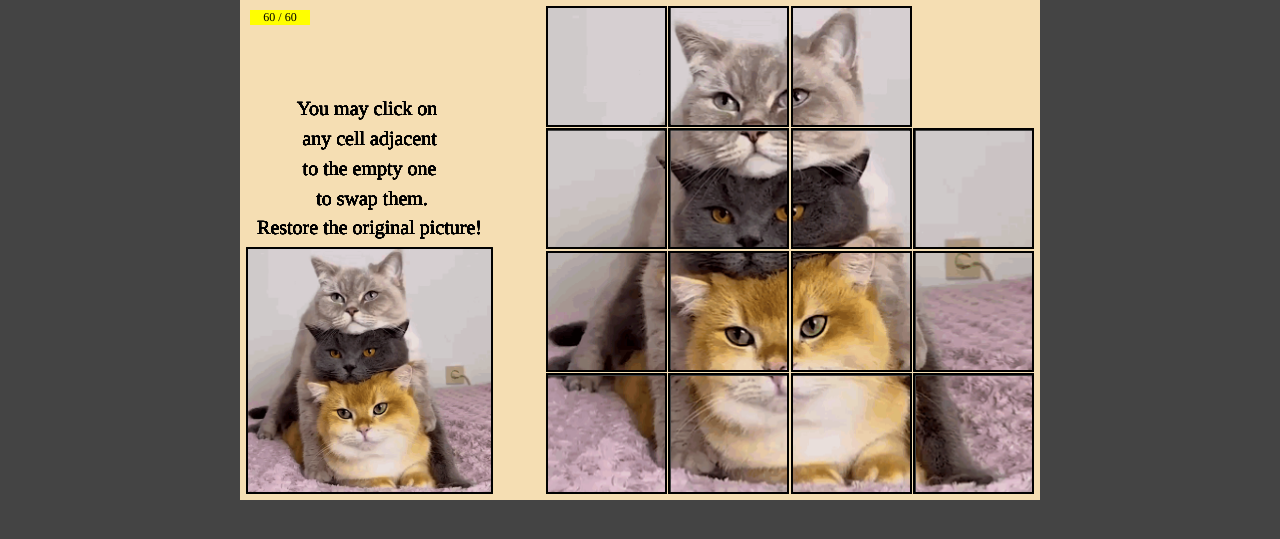
Repository: StevenZsombo/games
Page: docs/index.html
The author's editor kept a copy of each file at every save. The page is drawn from the files as they stood at one save, then again after the next save.
The browser window is 1280 px wide. The pictures show the whole page.

Above is the page before, as saved 2025-07-02 20:38:02.

After the next save:
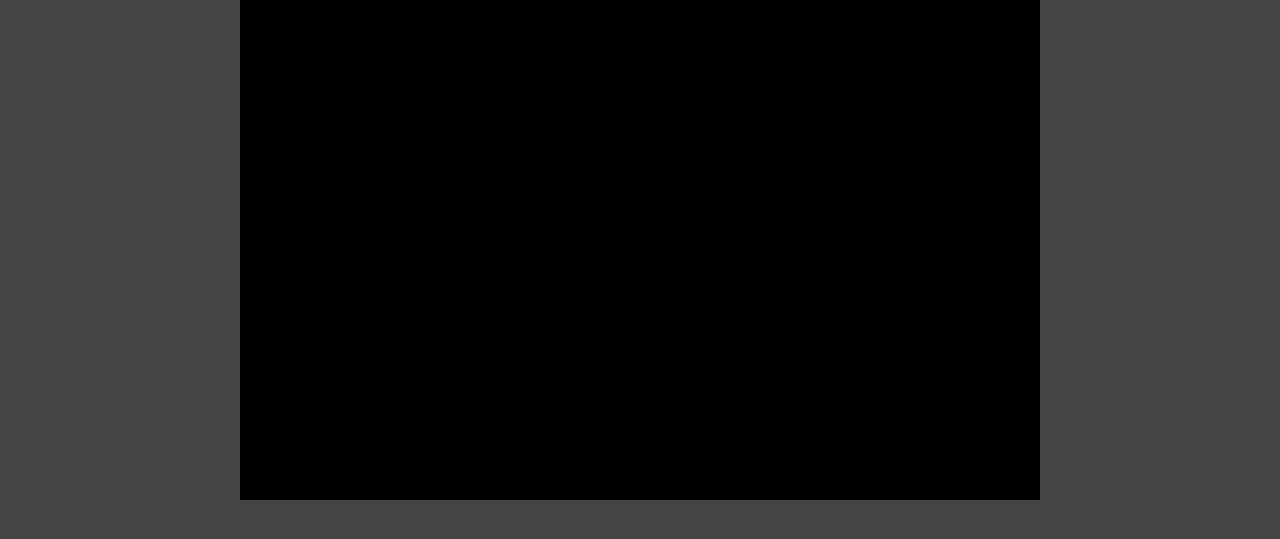
Console error: SyntaxError: Unexpected token '!'
Saved 5 min 15 s later.
--- a/docs/template.js
+++ b/docs/template.js
@@ -245,7 +245,6 @@
         this.empty.transparent = true
         this.victory = () => {
             if (this.buts.every(x => String(x.tag) == String(x.origTag))) {
-                this.clickables.forEach(x => x.interactable = false)
                 this.guidetxt.txt = "Congratulations!!!"
                 //this.guidetxt.fontsize = 28
                 const newanims = []
@@ -255,11 +254,12 @@
                     newanims.push(new Anim(this.guidetxt, 500, "step", { varName: "rad", startVal: 0, endVal: TWOPI }))
                 }
                 )
-                //newanims.at(-1).on_end = () => { this.clickables.forEach(x => x.interactable = true) }
+                const vic = this.victory
+                newanims.at(-1).on_end = () => { this.victory = vic }
                 this.animator.add_sequence(
                     newanims
                 )
-
+                this.victory = () => { }
             }
         }
         this.swap = (bu, bw, animate = stgs.clickAnimationSpeed, dontCheck = false) => {
@@ -425,7 +425,10 @@
     ///                                               UPDATE                                                         ///
     /// start update_more:::::::::::::::::::::::::::::::::::::::::::::::::::::::::::::::::::::::::::::::::::::::::::::::
     update_more(dt) {
-
+        const contr = "w a s d".split(" ").find(x => this.keyboarder.pressed[x])
+        if (contr !) {
+
+        }
 
 
 

After the save that followed:
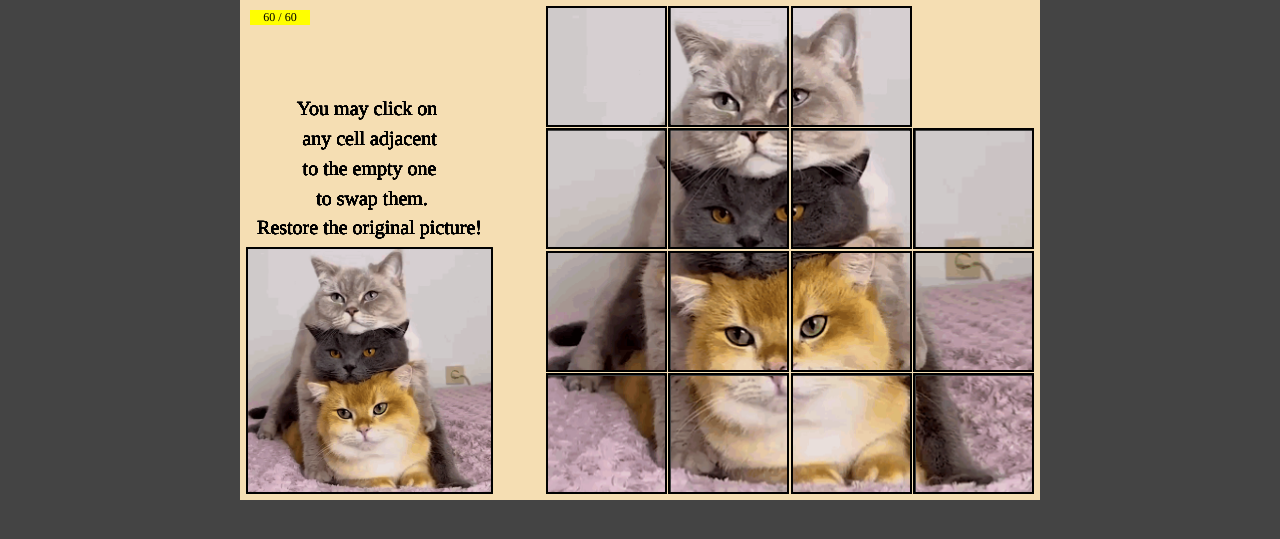
The error is gone.
Saved 10 min 1 s later.
--- a/docs/template.js
+++ b/docs/template.js
@@ -248,7 +248,7 @@
                 this.guidetxt.txt = "Congratulations!!!"
                 //this.guidetxt.fontsize = 28
                 const newanims = []
-                MM.forr(5, x => {
+                MM.forr(3, x => {
                     newanims.push(new Anim(this.guidetxt, 200, "step", { varName: "fontsize", startVal: this.guidetxt.fontsize, endVal: 32 }))
                     newanims.push(new Anim(this.guidetxt, 200, "step", { varName: "fontsize", startVal: 32, endVal: this.guidetxt.fontsize, }))
                     newanims.push(new Anim(this.guidetxt, 500, "step", { varName: "rad", startVal: 0, endVal: TWOPI }))
@@ -425,10 +425,8 @@
     ///                                               UPDATE                                                         ///
     /// start update_more:::::::::::::::::::::::::::::::::::::::::::::::::::::::::::::::::::::::::::::::::::::::::::::::
     update_more(dt) {
-        const contr = "w a s d".split(" ").find(x => this.keyboarder.pressed[x])
-        if (contr !) {
-
-        }
+        const press = "w a s d".split(" ").find(x => this.keyboarder.pressed[x])
+        press && this.trymoving(press)
 
 
 
